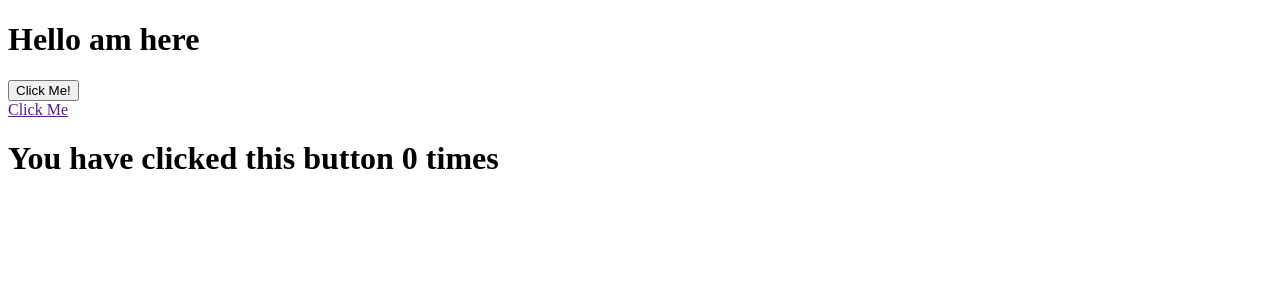
Repository: ohis/JAVAOnTheWeb
Page: http://localhost/ButtonClicker/Clicker
These files come from the project's save history. The page is drawn as it stood at one moment and after the next save; the edit follows.
The browser window is 1280 px wide. The pictures show the whole page.
The page is served by Tomcat 9.

Above is the page before, as saved 2017-12-03 03:07:18.

### servlets/ButtonClicker/WebContent/WEB-INF/views/click.jsp
<%@ page language="java" contentType="text/html; charset=ISO-8859-1"
    pageEncoding="ISO-8859-1"%>
<!DOCTYPE html PUBLIC "-//W3C//DTD HTML 4.01 Transitional//EN" "http://www.w3.org/TR/html4/loose.dtd">
<html>
<head>
<meta http-equiv="Content-Type" content="text/html; charset=ISO-8859-1">
<title>Clicker</title>
</head>
<body>
  <h1>Hello am here</h1>

  <form action="Clicker" method="get">
    <input type="submit" value="Click Me!">
  </form>
  <a href> Click Me</a>
  <h1>You have clicked this button ${clicks} times</h1>

</body>
</html>

### servlets/ButtonClicker/src/com/codingdojo/clicker/controller/Clicker.java
package com.codingdojo.clicker.controller;

import java.io.IOException;

import javax.servlet.RequestDispatcher;
import javax.servlet.ServletException;
import javax.servlet.annotation.WebServlet;
import javax.servlet.http.HttpServlet;
import javax.servlet.http.HttpServletRequest;
import javax.servlet.http.HttpServletResponse;
import javax.servlet.http.HttpSession;

/**
 * Servlet implementation class Clicker
 */
@WebServlet("/Clicker")
public class Clicker extends HttpServlet {
	private static final long serialVersionUID = 1L;

    /**
     * @see HttpServlet#HttpServlet()
     */
    public Clicker() {
        super();
        // TODO Auto-generated constructor stub
    }

	/**
	 * @see HttpServlet#doGet(HttpServletRequest request, HttpServletResponse response)
	 */
    //int count = 0;
	protected void doGet(HttpServletRequest request, HttpServletResponse response) throws ServletException, IOException {
		// TODO Auto-generated method stub
		HttpSession session = request.getSession();
		Integer clicks = (Integer)session.getAttribute("clicks");
		if(clicks == null) {
			session.setAttribute("clicks", 0);
		}else {
			Integer clicks1 = (Integer) session.getAttribute("clicks");
			clicks1++;
			session.setAttribute("clicks", clicks1);
		}


		//session.setAttribute("clicks", count);
		RequestDispatcher view = request.getRequestDispatcher("/WEB-INF/views/click.jsp");
		//count++;
		view.forward(request, response);
	}

	/**
	 * @see HttpServlet#doPost(HttpServletRequest request, HttpServletResponse response)
	 */
	protected void doPost(HttpServletRequest request, HttpServletResponse response) throws ServletException, IOException {
		// TODO Auto-generated method stub
		doGet(request, response);
	}

}

After the next save:
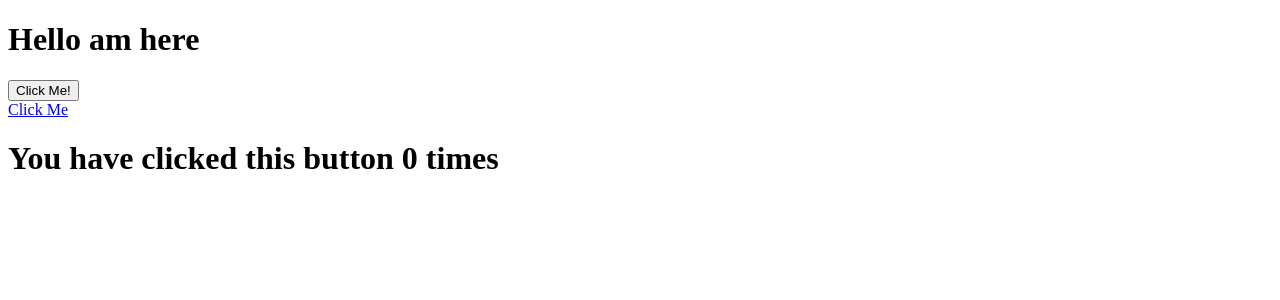
Saved 19 s later.
--- a/servlets/ButtonClicker/WebContent/WEB-INF/views/click.jsp
+++ b/servlets/ButtonClicker/WebContent/WEB-INF/views/click.jsp
@@ -12,7 +12,7 @@
   <form action="Clicker" method="get">
     <input type="submit" value="Click Me!">
   </form>
-  <a href> Click Me</a>
+  <a href="Counter"> Click Me</a>
   <h1>You have clicked this button ${clicks} times</h1>
 
 </body>
